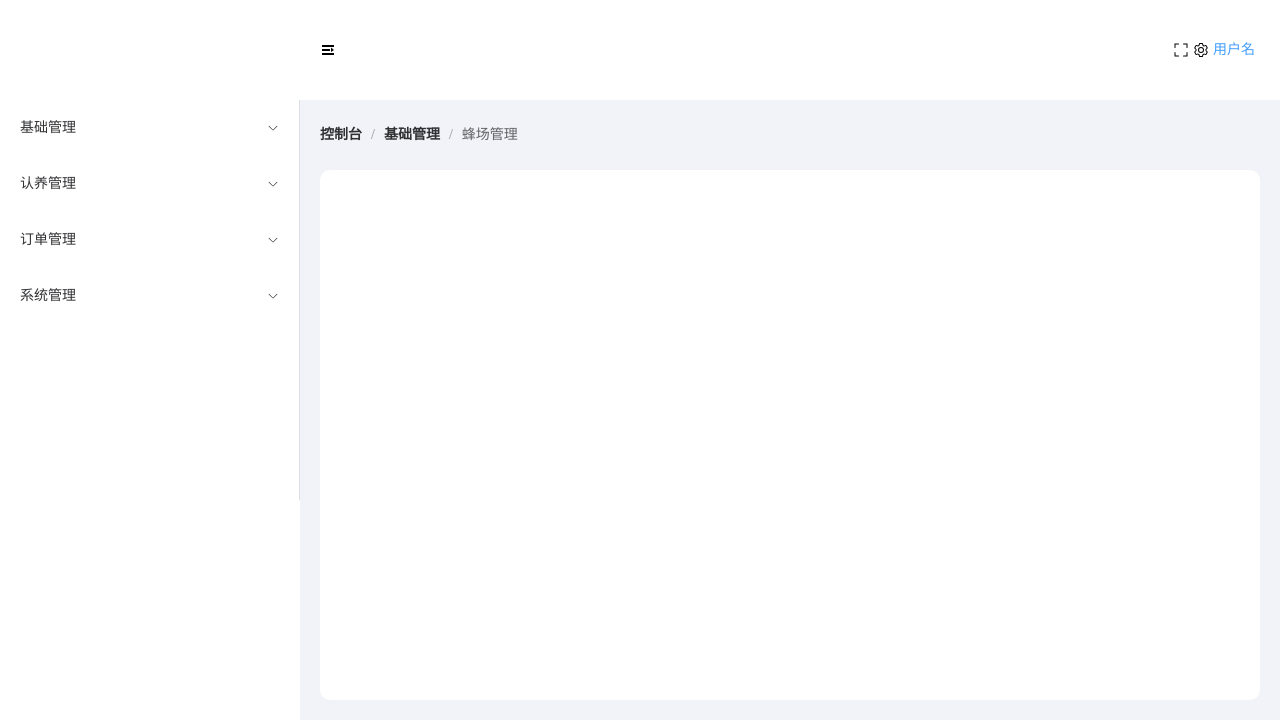
Repository: secret47/test-office-demo
Page: /dashboard
These files come from the project's save history. The page is drawn as it stood at one moment and after a run of saves; the edit follows.
The browser window is 1280 px wide. The pictures show the whole page.
The project was rebuilt for these pictures with package versions that can differ from the ones it lists, and the page was loaded fresh each time. Also part of the build but not shown: vite.config.js.

Above is the page before, as saved 2024-10-31 14:28:38.

After the next 2 saves:
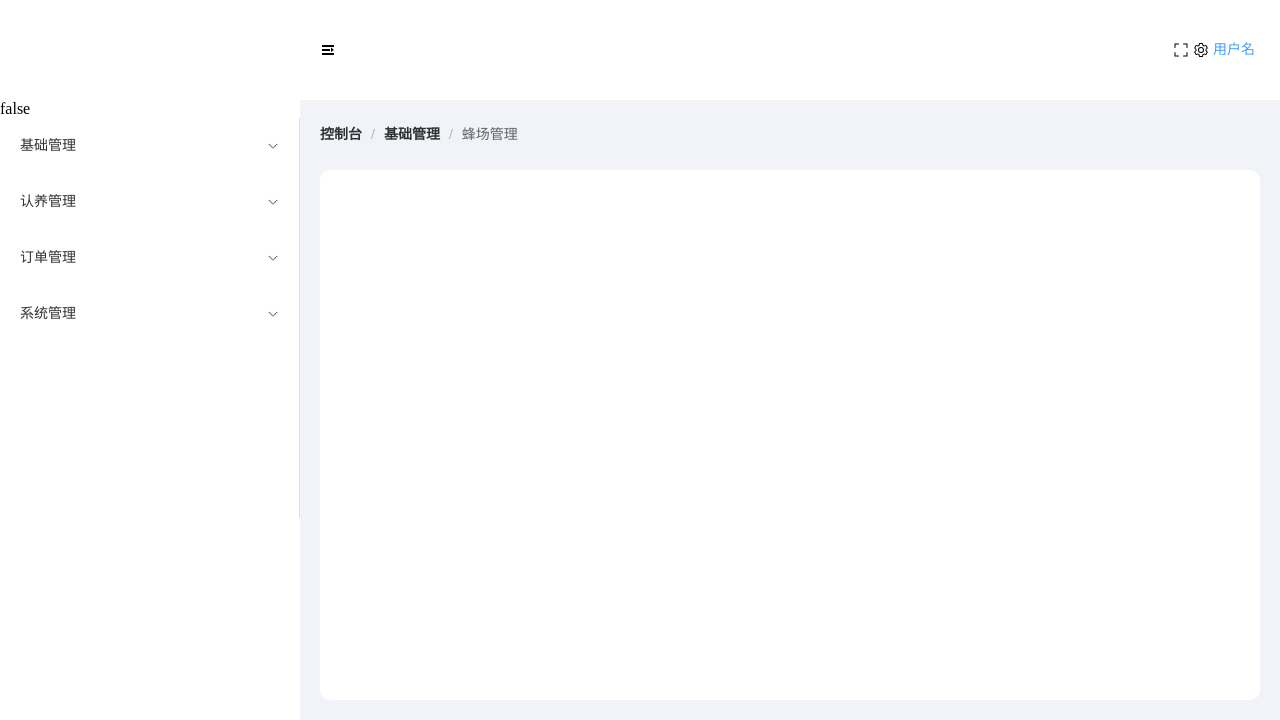
The 2 saves are shown as one change because they came seconds apart.
The last was saved 15 s later.
--- a/src/layouts/components/menu.vue
+++ b/src/layouts/components/menu.vue
@@ -1,6 +1,7 @@
 <template>
+    {{ appStore.isMenuCollapsed }}
     <el-menu class="menu">
-        <el-sub-menu index="1" :collapse="appStore.isMenuCollapsed ">
+        <el-sub-menu index="1" :collapse="appStore.isMenuCollapsed">
             <template #title>基础管理</template>
             <el-menu-item index="1-1">蜂场管理</el-menu-item>
             <el-menu-item index="1-2">蜂箱管理</el-menu-item>
